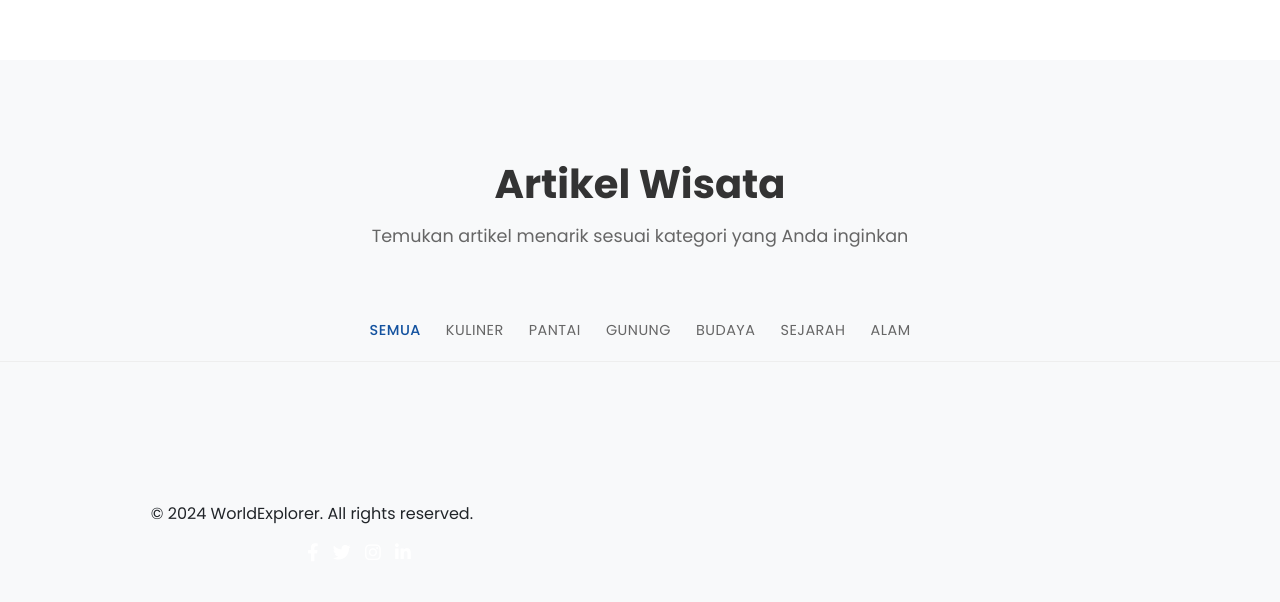
Repository: jalssonn/UAS_FRONTEND_NEW
Page: frontend/index.html
The author's editor kept a copy of each file at every save. The page is drawn from the files as they stood at one save, then again after the next save.
The browser window is 1280 px wide. The pictures show the part of the page from y = 3750 to 4352 px (the page is 4352 px tall).
A picture or video elsewhere on the page could not be fetched, so the positions and the page height are approximate. The page's requests for data from a server got no answer.

Above is the page before, as saved 2024-12-06 04:05:47.

After the next save:
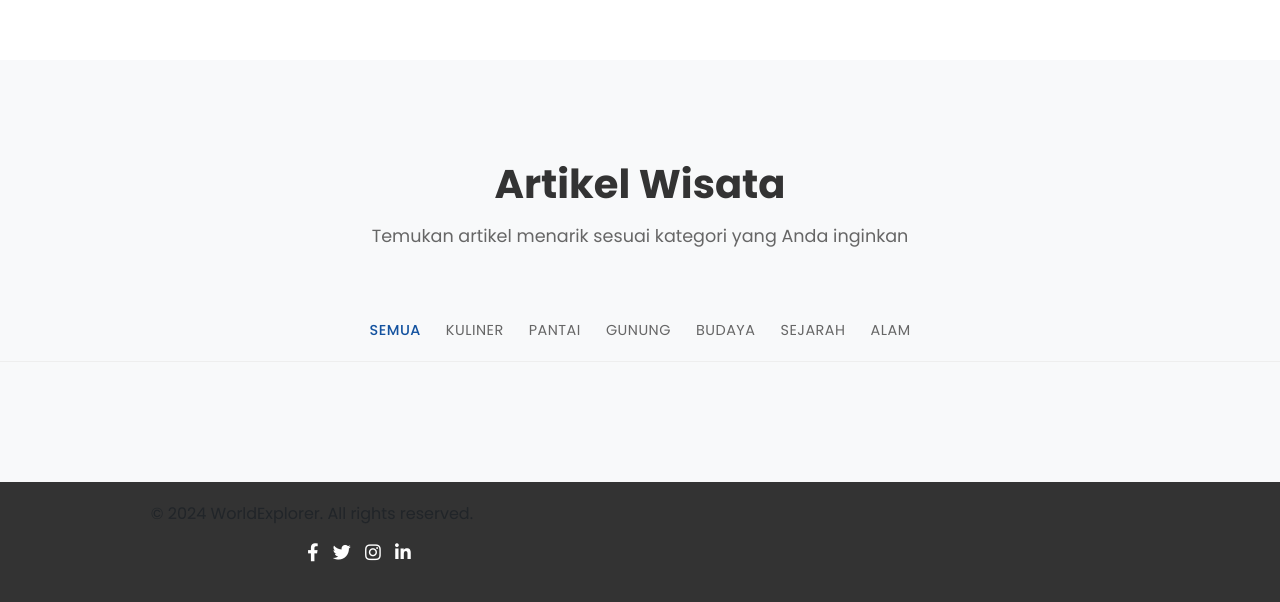
Saved 19 s later.
--- a/frontend/styles/main.css
+++ b/frontend/styles/main.css
@@ -879,7 +879,7 @@ body, html {
     bottom: 0;
     width: 100%;
     padding: 20px 0;
-    background-color: #f8f9fa;
+    background-color: #333;
     text-align: center;
 }
 
